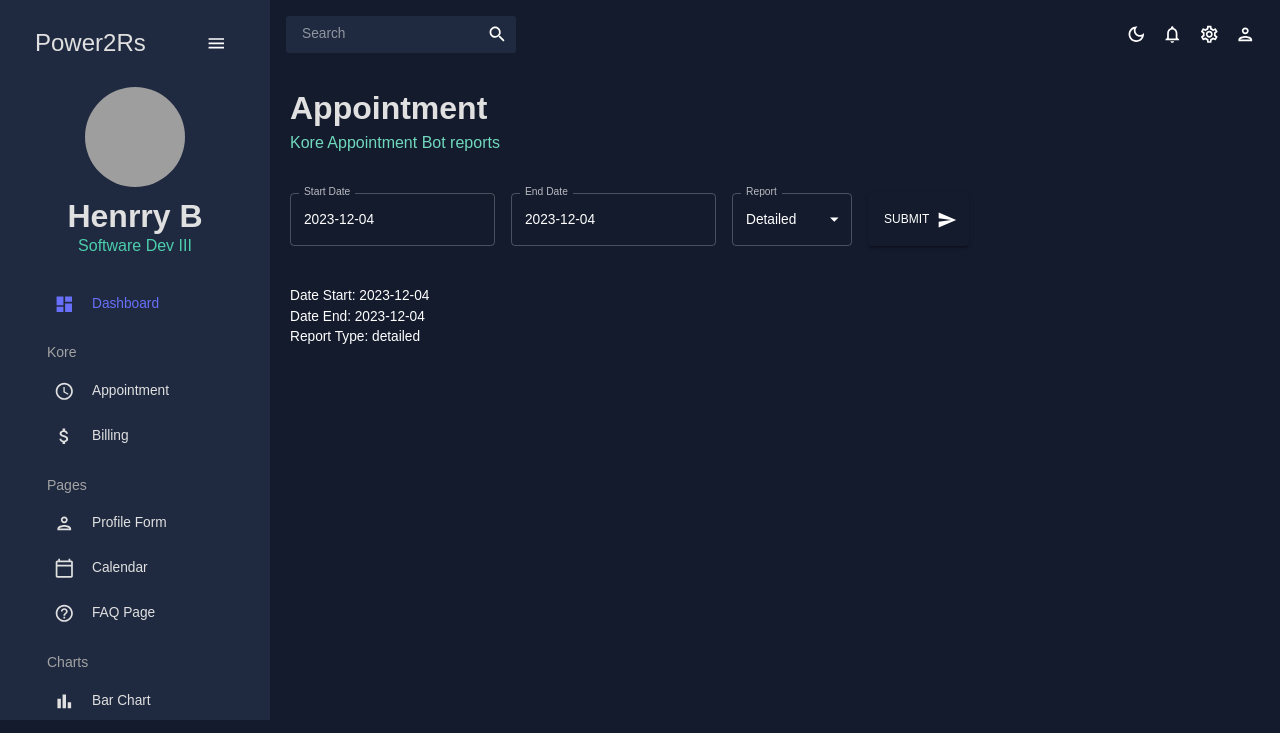
Repository: HenrryWith2Rs/reporthub
Page: /kore/appt (app in ui/)
These files come from the project's save history. The page is drawn as it stood at one moment and after the next save; the edit follows.
The browser window is 1280 px wide. The pictures show the whole page.
Pictures or frames that could not be fetched are drawn as grey boxes. The project was rebuilt for these pictures with package versions that can differ from the ones it lists, and the page was loaded fresh each time. Also part of the build but not shown: ui/vite.config.ts, ui/src/data/mockData.ts, ui/src/components/LineChart.tsx, ui/src/data/mockGeoFeatures.ts, ui/src/components/GeographyChart.tsx, ui/src/data/dataParser.ts, ui/src/components/BarChart.tsx, ui/src/components/ProgressCircle.tsx and 7 more.

Above is the page before, as saved 2023-12-06 20:54:02.

### ui/src/main.tsx
import React from 'react';
import ReactDOM from 'react-dom/client';
import { BrowserRouter } from 'react-router-dom';
import App from './App.tsx';
import './index.css';
import { LocalizationProvider } from '@mui/x-date-pickers';
import { AdapterDateFns } from '@mui/x-date-pickers/AdapterDateFns';
import { QueryClient, QueryClientProvider } from '@tanstack/react-query';
// import {ReactQueryDevtools} from "@tanstack/react-query-devtools"

const queryClient = new QueryClient();

ReactDOM.createRoot(document.getElementById('root')!).render(
  <React.StrictMode>
    <LocalizationProvider dateAdapter={AdapterDateFns}>
      <BrowserRouter>
        <QueryClientProvider client={queryClient}>
          <App />
        </QueryClientProvider>
      </BrowserRouter>
    </LocalizationProvider>
  </React.StrictMode>
);

### ui/src/App.tsx
import { Routes, Route } from 'react-router-dom';
import ThemeRegistry from './ThemeRegistry/ThemeRegistry';
import Topbar from './scenes/global/Topbar';
import Sidebar from './scenes/global/Sidebar';
import Dashboard from './scenes/dashboard';
import Appointment from './scenes/appointment';
import Bar from './scenes/bar';
import Pie from './scenes/pie';
import Line from './scenes/line';
import Geography from './scenes/geography';

function App() {
  return (
    <ThemeRegistry>
      <div className="app">
        <Sidebar />
        <main className="content">
          <Topbar />
          <Routes>
            <Route path="/" element={<Dashboard />} />
            <Route path="/kore/appt" element={<Appointment />} />
            <Route path="/bar" element={<Bar />} />
            <Route path="/pie" element={<Pie />} />
            <Route path="/line" element={<Line />} />
            <Route path="/geography" element={<Geography />} />
          </Routes>
        </main>
      </div>
    </ThemeRegistry>
  );
}

export default App;

### ui/src/index.css
@import url('https://fonts.googleapis.com/css2?family=Poppins:wght@300;400;500;600&family=Source+Code+Pro:wght@400;600;700&display=swap');

html,
body,
#root,
.app,
.content {
  height: 100%;
  width: 100%;
  font-family: 'Source Sans Pro', sans-serif;
}

.app {
  display: flex;
  position: relative;
}

::-webkit-scrollbar {
  width: 10px;
}

/* Track */
::-webkit-scrollbar-track {
  background: #e0e0e0;
}

/* Handle */
::-webkit-scrollbar-thumb {
  background: #888;
}

/* Handle on hover */
::-webkit-scrollbar-thumb:hover {
  background: #555;
}

### ui/src/ThemeRegistry/ThemeRegistry.tsx
import { ThemeProvider, CssBaseline } from '@mui/material';
import { ColorModeContext, useMode } from './theme';

export default function ThemeRegistry({
  children,
}: {
  children: React.ReactNode;
}) {
  const [theme, colorMode] = useMode();
  return (
    <ColorModeContext.Provider value={colorMode}>
      <ThemeProvider theme={theme}>
        {/* CssBaseline kickstart an elegant, consistent, and simple baseline to build upon. */}
        <CssBaseline />
        {children}
      </ThemeProvider>
    </ColorModeContext.Provider>
  );
}

### ui/src/scenes/global/Topbar.tsx
import { Box, IconButton, useTheme } from '@mui/material';
import { useContext } from 'react';
import { ColorModeContext, tokens } from '../../ThemeRegistry/theme';
import InputBase from '@mui/material/InputBase';
import LightModeOutlinedIcon from '@mui/icons-material/LightModeOutlined';
import DarkModeOutlinedIcon from '@mui/icons-material/DarkModeOutlined';
import NotificationsOutlinedIcon from '@mui/icons-material/NotificationsOutlined';
import SettingsOutlinedIcon from '@mui/icons-material/SettingsOutlined';
import PersonOutlinedIcon from '@mui/icons-material/PersonOutlined';
import SearchIcon from '@mui/icons-material/Search';

const Topbar = () => {
  const theme = useTheme();
  const colors = tokens(theme.palette.mode);
  const colorMode = useContext(ColorModeContext);

  return (
    <Box display="flex" justifyContent="space-between" p={2}>
      {/* SEARCH BAR */}
      <Box
        sx={{
          display: 'flex',
          backgroundColor: colors.primary[400],
          borderRadius: '3px',
        }}
      >
        <InputBase sx={{ ml: 2, flex: 1 }} placeholder="Search" />
        <IconButton type="button" sx={{ p: 1 }}>
          <SearchIcon />
        </IconButton>
      </Box>

      {/* ICONS */}
      <Box display="flex">
        <IconButton onClick={colorMode.toggleColorMode}>
          {theme.palette.mode === 'dark' ? (
            <DarkModeOutlinedIcon />
          ) : (
            <LightModeOutlinedIcon />
          )}
        </IconButton>
        <IconButton>
          <NotificationsOutlinedIcon />
        </IconButton>
        <IconButton>
          <SettingsOutlinedIcon />
        </IconButton>
        <IconButton>
          <PersonOutlinedIcon />
        </IconButton>
      </Box>
    </Box>
  );
};

export default Topbar;

### ui/src/scenes/global/Sidebar.tsx
import { useState } from 'react';
import { ProSidebar, Menu, MenuItem } from 'react-pro-sidebar';
import { Box, IconButton, Typography, useTheme } from '@mui/material';
import { Link } from 'react-router-dom';
import 'react-pro-sidebar/dist/css/styles.css';
import { tokens } from '../../ThemeRegistry/theme';
import DashboardIcon from '@mui/icons-material/Dashboard';
import AccessTimeIcon from '@mui/icons-material/AccessTime';
import AttachMoneyIcon from '@mui/icons-material/AttachMoney';

import PersonOutlinedIcon from '@mui/icons-material/PersonOutlined';
import CalendarTodayOutlinedIcon from '@mui/icons-material/CalendarTodayOutlined';
import HelpOutlineOutlinedIcon from '@mui/icons-material/HelpOutlineOutlined';
import BarChartOutlinedIcon from '@mui/icons-material/BarChartOutlined';
import PieChartOutlineOutlinedIcon from '@mui/icons-material/PieChartOutlineOutlined';
import TimelineOutlinedIcon from '@mui/icons-material/TimelineOutlined';
import MenuOutlinedIcon from '@mui/icons-material/MenuOutlined';
import MapOutlinedIcon from '@mui/icons-material/MapOutlined';

type ItemProps = {
  title: string;
  to: string;
  icon: JSX.Element;
  selected: string;
  setSelected: React.Dispatch<React.SetStateAction<string>>;
};

const Item: React.FC<ItemProps> = ({
  title,
  to,
  icon,
  selected,
  setSelected,
}) => {
  const theme = useTheme();
  const colors = tokens(theme.palette.mode);
  return (
    <MenuItem
      active={selected === title}
      style={{
        color: colors.grey[100],
      }}
      onClick={() => setSelected(title)}
      icon={icon}
    >
      <Typography>{title}</Typography>
      <Link to={to} />
    </MenuItem>
  );
};

const Sidebar = () => {
  const theme = useTheme();
  const colors = tokens(theme.palette.mode);
  const [isCollapsed, setIsCollapsed] = useState(false);
  const [selected, setSelected] = useState('Dashboard');

  return (
    <Box
      sx={{
        '& .pro-sidebar-inner': {
          background: `${colors.primary[400]} !important`,
        },
        '& .pro-icon-wrapper': {
          backgroundColor: 'transparent !important',
        },
        '& .pro-inner-item': {
          padding: '5px 35px 5px 20px !important',
        },
        '& .pro-inner-item:hover': {
          color: '#868dfb !important',
        },
        '& .pro-menu-item.active': {
          color: '#6870fa !important',
        },
      }}
    >
      <ProSidebar collapsed={isCollapsed}>
        <Menu iconShape="square">
          {/* LOGO AND MENU ICON */}
          <MenuItem
            onClick={() => setIsCollapsed(!isCollapsed)}
            icon={isCollapsed ? <MenuOutlinedIcon /> : undefined}
            style={{
              margin: '10px 0 20px 0',
              color: colors.grey[100],
            }}
          >
            {!isCollapsed && (
              <Box
                display="flex"
                justifyContent="space-between"
                alignItems="center"
                ml="15px"
              >
                <Typography variant="h3" color={colors.grey[100]}>
                  Power2Rs
                </Typography>
                <IconButton onClick={() => setIsCollapsed(!isCollapsed)}>
                  <MenuOutlinedIcon />
                </IconButton>
              </Box>
            )}
          </MenuItem>

          {!isCollapsed && (
            <Box mb="25px">
              <Box display="flex" justifyContent="center" alignItems="center">
                <img
                  alt="profile-user"
                  width="100px"
                  height="100px"
                  src={`../../assets/me.png`}
                  style={{ cursor: 'pointer', borderRadius: '50%' }}
                />
              </Box>
              <Box textAlign="center">
                <Typography
                  variant="h2"
                  color={colors.grey[100]}
                  fontWeight="bold"
                  sx={{ m: '10px 0 0 0' }}
                >
                  Henrry B
                </Typography>
                <Typography variant="h5" color={colors.greenAccent[500]}>
                  Software Dev III
                </Typography>
              </Box>
            </Box>
          )}

          <Box paddingLeft={isCollapsed ? undefined : '10%'}>
            <Item
              title="Dashboard"
              to="/"
              icon={<DashboardIcon />}
              selected={selected}
              setSelected={setSelected}
            />

            <Typography
              variant="h6"
              color={colors.grey[300]}
              sx={{ m: '15px 0 5px 20px' }}
            >
              Kore
            </Typography>
            <Item
              title="Appointment"
              to="/kore/appt"
              icon={<AccessTimeIcon />}
              selected={selected}
              setSelected={setSelected}
            />
            <Item
              title="Billing"
              to="/kore/bill"
              icon={<AttachMoneyIcon />}
              selected={selected}
              setSelected={setSelected}
            />

            <Typography
              variant="h6"
              color={colors.grey[300]}
              sx={{ m: '15px 0 5px 20px' }}
            >
              Pages
            </Typography>
            <Item
              title="Profile Form"
              to="/form"
              icon={<PersonOutlinedIcon />}
              selected={selected}
              setSelected={setSelected}
            />
            <Item
              title="Calendar"
              to="/calendar"
              icon={<CalendarTodayOutlinedIcon />}
              selected={selected}
              setSelected={setSelected}
            />
            <Item
              title="FAQ Page"
              to="/faq"
              icon={<HelpOutlineOutlinedIcon />}
              selected={selected}
              setSelected={setSelected}
            />

            <Typography
              variant="h6"
              color={colors.grey[300]}
              sx={{ m: '15px 0 5px 20px' }}
            >
              Charts
            </Typography>
            <Item
              title="Bar Chart"
              to="/bar"
              icon={<BarChartOutlinedIcon />}
              selected={selected}
              setSelected={setSelected}
            />
            <Item
              title="Pie Chart"
              to="/pie"
              icon={<PieChartOutlineOutlinedIcon />}
              selected={selected}
              setSelected={setSelected}
            />
            <Item
              title="Line Chart"
              to="/line"
              icon={<TimelineOutlinedIcon />}
              selected={selected}
              setSelected={setSelected}
            />
            <Item
              title="Geography Chart"
              to="/geography"
              icon={<MapOutlinedIcon />}
              selected={selected}
              setSelected={setSelected}
            />
          </Box>
        </Menu>
      </ProSidebar>
    </Box>
  );
};

export default Sidebar;

### ui/src/scenes/appointment/index.tsx
import { useState, useEffect } from 'react';
import { tokens } from '../../ThemeRegistry/theme';
import Header from '../../components/Header';
import {
  useTheme,
  Box,
  Stack,
  Button,
  MenuItem,
  InputLabel,
  FormControl,
} from '@mui/material';
import SendIcon from '@mui/icons-material/Send';
import Select, { SelectChangeEvent } from '@mui/material/Select';
import { DatePicker } from '@mui/x-date-pickers/DatePicker';
import { format } from 'date-fns';

import { getLastNDays } from '../../utils/dateUtils';

const Appointment = () => {
  const theme = useTheme();
  const colors = tokens(theme.palette.mode);

  const [dateStart, setDateStart] = useState<Date | null>(new Date());
  const [dateEnd, setDateEnd] = useState<Date | null>(new Date());
  const [reportType, setReportType] = useState<string>('detailed');

  const handleSelectChange = (event: SelectChangeEvent) => {
    setReportType(event.target.value as string);
  };

  const handleSubmit = () => {
    // Log or use the values
    console.log('Date Start:', dateStart);
    console.log('Date End:', dateEnd);
    console.log('Report Type:', reportType);

    // Perform other actions here, e.g., send data to an API
  };

  // Use useEffect to set default values for dateStart and dateEnd on load
  useEffect(() => {
    const { startDate, endDate } = getLastNDays(1);
    setDateStart(startDate);
    setDateEnd(endDate);
  }, []); // Empty dependency array ensures this effect runs only once on mount

  return (
    <Box m="20px">
      <Header title="Appointment" subtitle="Kore Appointment Bot reports" />
      <Box m="40px 0 0 0" height="75vh">
        <Stack direction="row" spacing={2}>
          <DatePicker
            label="Start Date"
            format="yyyy-MM-dd"
            value={dateStart}
            onChange={(newValue) => setDateStart(newValue)}
          />
          <DatePicker
            label="End Date"
            format="yyyy-MM-dd"
            value={dateEnd}
            onChange={(newValue) => setDateEnd(newValue)}
          />
          <FormControl sx={{ minWidth: 120 }}>
            <InputLabel id="demo-simple-select-label">Report</InputLabel>
            <Select
              labelId="demo-simple-select-label"
              id="demo-simple-select"
              value={reportType}
              label="Report"
              onChange={handleSelectChange}
            >
              <MenuItem value={'detailed'}>Detailed</MenuItem>
              <MenuItem value={'summary'}>Summary</MenuItem>
            </Select>
          </FormControl>
          <Button
            variant="contained"
            endIcon={<SendIcon />}
            onClick={handleSubmit}
          >
            Submit
          </Button>
        </Stack>
        <Box m="40px 0 0 0" height="10vh">
          {dateStart && (
            <div>Date Start: {format(dateStart, 'yyyy-MM-dd')}</div>
          )}
          {dateEnd && <div>Date End: {format(dateEnd, 'yyyy-MM-dd')}</div>}
          {reportType && <div>Report Type: {reportType}</div>}
        </Box>
      </Box>
    </Box>
  );
};

export default Appointment;

### ui/src/ThemeRegistry/theme.ts
import { createContext, useState, useMemo } from 'react';
import { Theme, createTheme } from '@mui/material/styles';

type Mode = 'dark' | 'light';

// color design tokens export
export const tokens = (mode: Mode) => ({
  ...(mode === 'dark'
    ? {
        grey: {
          100: '#e0e0e0',
          200: '#c2c2c2',
          300: '#a3a3a3',
          400: '#858585',
          500: '#666666',
          600: '#525252',
          700: '#3d3d3d',
          800: '#292929',
          900: '#141414',
        },
        primary: {
          100: '#d0d1d5',
          200: '#a1a4ab',
          300: '#727681',
          400: '#1F2A40',
          500: '#141b2d',
          600: '#101624',
          700: '#0c101b',
          800: '#080b12',
          900: '#040509',
        },
        greenAccent: {
          100: '#dbf5ee',
          200: '#b7ebde',
          300: '#94e2cd',
          400: '#70d8bd',
          500: '#4cceac',
          600: '#3da58a',
          700: '#2e7c67',
          800: '#1e5245',
          900: '#0f2922',
        },
        redAccent: {
          100: '#f8dcdb',
          200: '#f1b9b7',
          300: '#e99592',
          400: '#e2726e',
          500: '#db4f4a',
          600: '#af3f3b',
          700: '#832f2c',
          800: '#58201e',
          900: '#2c100f',
        },
        blueAccent: {
          100: '#e1e2fe',
          200: '#c3c6fd',
          300: '#a4a9fc',
          400: '#868dfb',
          500: '#6870fa',
          600: '#535ac8',
          700: '#3e4396',
          800: '#2a2d64',
          900: '#151632',
        },
      }
    : {
        grey: {
          100: '#141414',
          200: '#292929',
          300: '#3d3d3d',
          400: '#525252',
          500: '#666666',
          600: '#858585',
          700: '#a3a3a3',
          800: '#c2c2c2',
          900: '#e0e0e0',
        },
        primary: {
          100: '#040509',
          200: '#080b12',
          300: '#0c101b',
          400: '#f2f0f0', // manually changed
          500: '#141b2d',
          600: '#1F2A40',
          700: '#727681',
          800: '#a1a4ab',
          900: '#d0d1d5',
        },
        greenAccent: {
          100: '#0f2922',
          200: '#1e5245',
          300: '#2e7c67',
          400: '#3da58a',
          500: '#4cceac',
          600: '#70d8bd',
          700: '#94e2cd',
          800: '#b7ebde',
          900: '#dbf5ee',
        },
        redAccent: {
          100: '#2c100f',
          200: '#58201e',
          300: '#832f2c',
          400: '#af3f3b',
          500: '#db4f4a',
          600: '#e2726e',
          700: '#e99592',
          800: '#f1b9b7',
          900: '#f8dcdb',
        },
        blueAccent: {
          100: '#151632',
          200: '#2a2d64',
          300: '#3e4396',
          400: '#535ac8',
          500: '#6870fa',
          600: '#868dfb',
          700: '#a4a9fc',
          800: '#c3c6fd',
          900: '#e1e2fe',
        },
      }),
});

// mui theme settings
export const themeSettings = (mode: Mode) => {
  const colors = tokens(mode);
  return {
    palette: {
      mode: mode,
      ...(mode === 'dark'
        ? {
            // palette values for dark mode
            primary: {
              main: colors.primary[500],
            },
            secondary: {
              main: colors.greenAccent[500],
            },
            neutral: {
              dark: colors.grey[700],
              main: colors.grey[500],
              light: colors.grey[100],
            },
            background: {
              default: colors.primary[500],
            },
          }
        : {
            // palette values for light mode
            primary: {
              main: colors.primary[100],
            },
            secondary: {
              main: colors.greenAccent[500],
            },
            neutral: {
              dark: colors.grey[700],
              main: colors.grey[500],
              light: colors.grey[100],
            },
            background: {
              default: '#fcfcfc',
            },
          }),
    },
    typography: {
      fontFamily: ['Source Sans Pro', 'sans-serif'].join(','),
      fontSize: 12,
      h1: {
        fontFamily: ['Source Sans Pro', 'sans-serif'].join(','),
        fontSize: 40,
      },
      h2: {
        fontFamily: ['Source Sans Pro', 'sans-serif'].join(','),
        fontSize: 32,
      },
      h3: {
        fontFamily: ['Source Sans Pro', 'sans-serif'].join(','),
        fontSize: 24,
      },
      h4: {
        fontFamily: ['Source Sans Pro', 'sans-serif'].join(','),
        fontSize: 20,
      },
      h5: {
        fontFamily: ['Source Sans Pro', 'sans-serif'].join(','),
        fontSize: 16,
      },
      h6: {
        fontFamily: ['Source Sans Pro', 'sans-serif'].join(','),
        fontSize: 14,
      },
    },
  };
};

// context for color mode
export const ColorModeContext = createContext({
  toggleColorMode: () => {},
});

export const useMode = (): [Theme, { toggleColorMode: () => void }] => {
  const [mode, setMode] = useState<Mode>('dark');

  const colorMode = useMemo(
    () => ({
      toggleColorMode: () =>
        setMode((prev) => (prev === 'light' ? 'dark' : 'light')),
    }),
    []
  );

  const theme = useMemo(() => createTheme(themeSettings(mode)), [mode]);
  return [theme, colorMode];
};

### ui/src/components/Header.tsx
import { Typography, Box, useTheme } from '@mui/material';
import { tokens } from '../ThemeRegistry/theme';

type HeaderProps = {
  title: string;
  subtitle: string;
};

const Header = ({ title, subtitle }: HeaderProps) => {
  const theme = useTheme();
  const colors = tokens(theme.palette.mode);
  return (
    <Box mb="30px">
      <Typography
        variant="h2"
        color={colors.grey[100]}
        fontWeight="bold"
        sx={{ m: '0 0 5px 0' }}
      >
        {title}
      </Typography>
      <Typography variant="h5" color={colors.greenAccent[400]}>
        {subtitle}
      </Typography>
    </Box>
  );
};

export default Header;

### ui/src/utils/dateUtils.ts
import { subDays } from 'date-fns';

export function getLastNDays(n: number): {
  startDate: Date;
  endDate: Date;
} {
  const currentDate = new Date();
  const endDate = subDays(currentDate, 1);
  const startDate = subDays(currentDate, n);

  return { startDate, endDate };
}

Loaded but not shown: ui/index.html (common file)

After the next save:
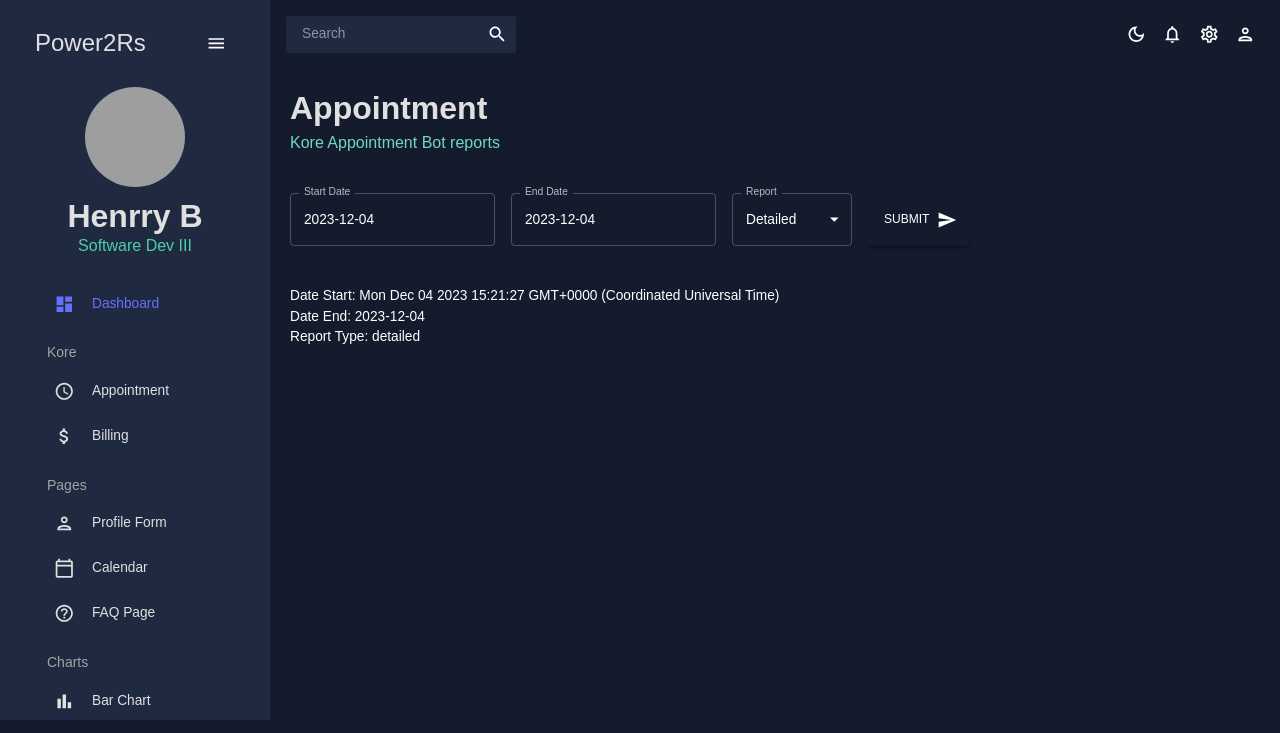
Saved 76 s later.
--- a/ui/src/scenes/appointment/index.tsx
+++ b/ui/src/scenes/appointment/index.tsx
@@ -84,9 +84,7 @@ const Appointment = () => {
           </Button>
         </Stack>
         <Box m="40px 0 0 0" height="10vh">
-          {dateStart && (
-            <div>Date Start: {format(dateStart, 'yyyy-MM-dd')}</div>
-          )}
+          {dateStart && <div>Date Start: {dateStart.toString()}</div>}
           {dateEnd && <div>Date End: {format(dateEnd, 'yyyy-MM-dd')}</div>}
           {reportType && <div>Report Type: {reportType}</div>}
         </Box>
